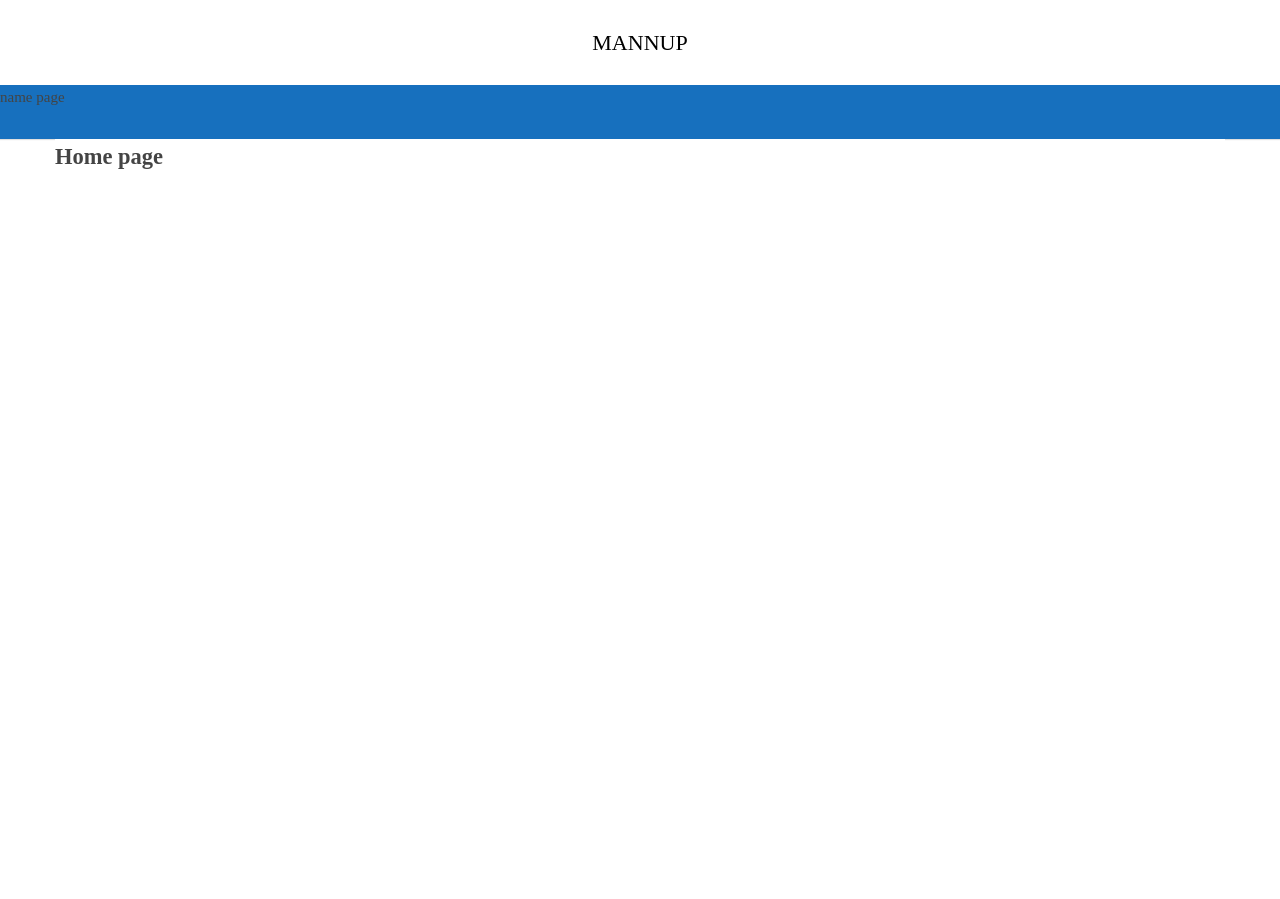
Repository: SyLe-Van/Make-Colorful
Page: /
The author's editor kept a copy of each file at every save. The page is drawn from the files as they stood at one save, then again after the next save.
The browser window is 1280 px wide. The pictures show the whole page.
Some web fonts or font styles are not loaded; a fallback is used. The project was rebuilt for these pictures with package versions that can differ from the ones it lists, and the page was loaded fresh each time. Also part of the build but not shown: src/pages/cinema/index.js, src/pages/fashion/index.js, src/pages/grooming/index.js, src/pages/lifestyle/index.js, src/pages/contact/index.js.

Above is the page before, as saved 2023-10-10 22:00:03.

### src/index.js
import React from 'react';
import ReactDOM from 'react-dom/client';
import App from '~/App';
import reportWebVitals from './reportWebVitals';
import GlobalStyles from '~/components/GlobalStyles';
const root = ReactDOM.createRoot(document.getElementById('root'));
root.render(
    <React.StrictMode>
        <GlobalStyles>
            <App />
        </GlobalStyles>
    </React.StrictMode>,
);

// If you want to start measuring performance in your app, pass a function
// to log results (for example: reportWebVitals(console.log))
// or send to an analytics endpoint. Learn more: https://bit.ly/CRA-vitals
reportWebVitals();

### src/App.js
import { BrowserRouter as Router, Routes, Route } from 'react-router-dom';
import Home from '~/pages/home';
import Cinema from '~/pages/cinema';
import Fashion from '~/pages/fashion';
import Grooming from '~/pages/grooming';
import LifeStyle from '~/pages/lifestyle';
import { publicRoutes } from './routes';
import { Component } from 'react';
import { DefaultLayout } from '~/components/Layout';
import { Fragment } from 'react';
function App() {
    return (
        <Router>
            <div className="App">
                <Routes>
                    {publicRoutes.map((route, index) => {
                        const Layout = route.layout === null ? Fragment : DefaultLayout;
                        const Page = route.component;
                        return (
                            <Route
                                key={index}
                                path={route.path}
                                element={
                                    <Layout>
                                        <Page />
                                    </Layout>
                                }
                            />
                        );
                    })}
                </Routes>
            </div>
        </Router>
    );
}

export default App;

### src/routes/index.js
import Home from '~/pages/home';
import Cinema from '~/pages/cinema';
import Fashion from '~/pages/fashion';
import Grooming from '~/pages/grooming';
import LifeStyle from '~/pages/lifestyle';
import Contact from '~/pages/contact';
// dont need login to view
const publicRoutes = [
    { path: '/', component: Home },
    { path: '/cinema', component: Cinema },
    { path: '/fashion', component: Fashion },
    { path: '/grooming', component: Grooming },
    { path: '/lifestyle', component: LifeStyle },
    { path: '/contact', component: Contact, layout: null },
];

const privateRoutes = [];

export { publicRoutes, privateRoutes };

### src/components/GlobalStyles/GlobalStyles.scss
@import 'normalize.css';
@import url('https:; //fonts.googleapis.com/css2?family=Lato:ital,wght@0,400;0,700;1,400;1,700&family=Montserrat:ital,wght@0,400;0,700;1,400;1,700&family=Playfair+Display&family=Poppins:wght@300;400;600;700&display=swap');

:root {
    --primary: #f6f6f6;
}

* {
    box-sizing: border-box;
    margin: 0;
    padding: 0;
}
html {
    font-size: 40px;
}
body {
    font-family: 'Playfair Display', serif;
    line-height: 1.6;
    color: #444;
    font-size: 15px;
    text-rendering: optimizeSpeed;
}

### src/components/Layout/DefaultLayout/index.js
import Header from './Header';
import classNames from 'classnames/bind';
import styles from './DefaultLayout.module.scss';
import Sidebar from './Sidebar';

const cx = classNames.bind(styles);
function DefaultLayout({ children }) {
    return (
        <div className={cx('wrapper')}>
            <Header />
            <Sidebar />
            <div className={cx('container')}>
                <div className={cx('contain')}>{children}</div>
            </div>
        </div>
    );
}

export default DefaultLayout;

### src/components/Layout/DefaultLayout/Header/index.js
import styles from './Header.module.scss';
import classNames from 'classnames/bind';

const cx = classNames.bind(styles);

function Header() {
    return (
        <header className={cx('wrapper')}>
            <div className={cx('inner')}>MANNUP</div>
        </header>
    );
}

export default Header;

### src/components/Layout/DefaultLayout/DefaultLayout.module.scss
.wrapper {
    display: flex;
    flex-direction: column;
    align-items: center;
}
.container {
    width: 1170px;
    height: 760px;
    background-color: #ffffff;
}

### src/components/Layout/DefaultLayout/Sidebar/index.js
import styles from './Sidebar.module.scss';
import classNames from 'classnames/bind';

const cx = classNames.bind(styles);

function Sidebar() {
    return (
        <aside className={cx('wrapper')}>
            <div className={cx('content')}>name page</div>
        </aside>
    );
}

export default Sidebar;

### src/components/Layout/DefaultLayout/Header/Header.module.scss
.wrapper {
    height: 85px;
    width: 100%;
    box-shadow: 0px 1px 1px rgb(0 0 0 / 12%);
}
.inner {
    color: #000000;
    font-size: 22px;
    display: flex;
    justify-content: center;
    padding-top: 25px;
}

### src/components/Layout/DefaultLayout/Sidebar/Sidebar.module.scss
.wrapper {
    height: 54px;
    width: 100%;
    box-shadow: 0px 1px 1px rgb(0 0 0 / 12%);
    display: flex;
    justify-content: center;
    background-color: #1e1e1e;
}

.container {
    width: 1170px;
    display: flex;
    background-color: #ffffff;
}

.content {
    flex: 1;
    background-color: rgb(23, 112, 190);
}

Loaded but not shown: public/index.html (common file); src/reportWebVitals.js (common file); src/components/GlobalStyles/index.js (common file); src/pages/home/index.js (common file); src/components/Layout/index.js (common file)

After the next save:
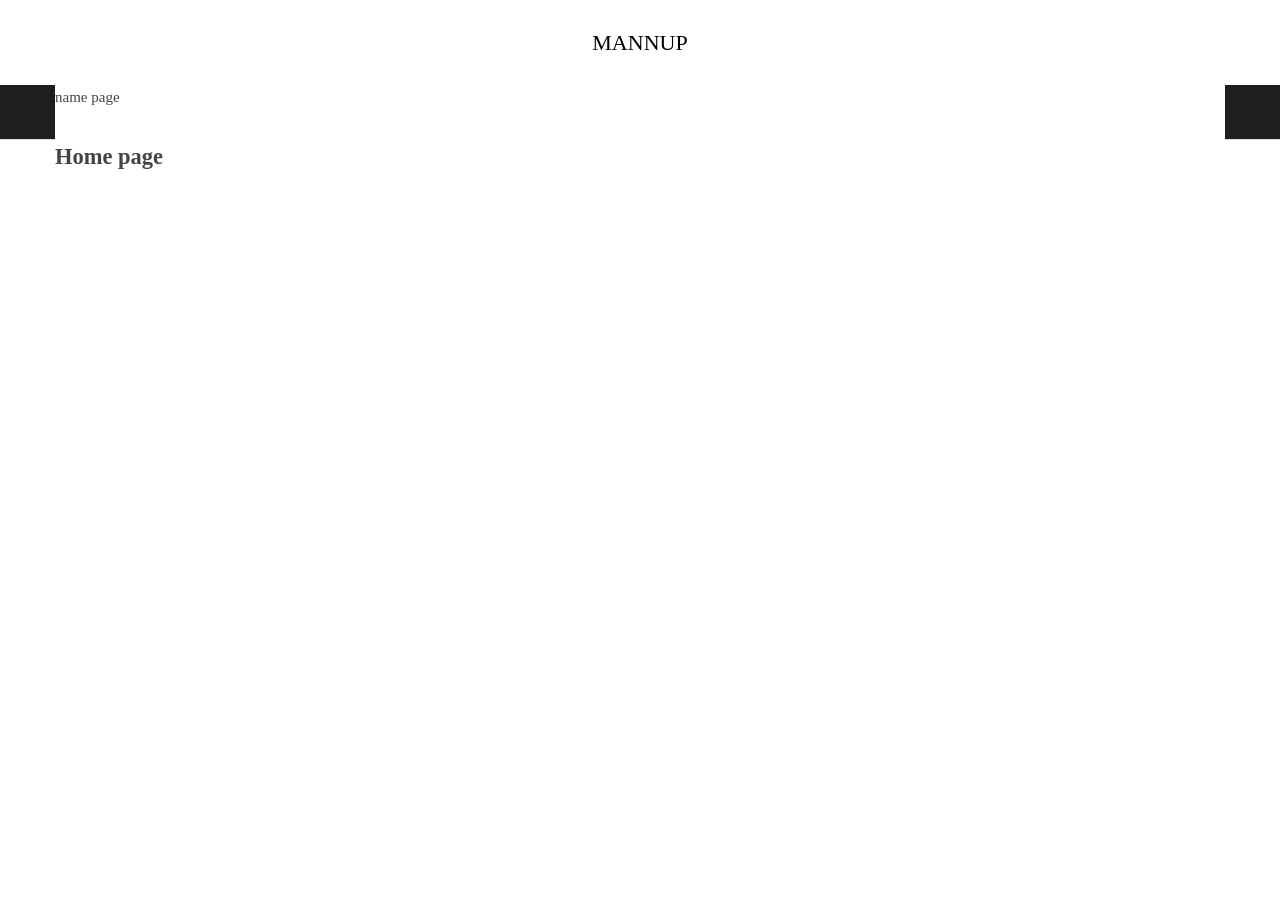
Saved 2 s later.
--- a/src/components/Layout/DefaultLayout/Sidebar/Sidebar.module.scss
+++ b/src/components/Layout/DefaultLayout/Sidebar/Sidebar.module.scss
@@ -7,13 +7,8 @@
     background-color: #1e1e1e;
 }
 
-.container {
+.content {
     width: 1170px;
     display: flex;
     background-color: #ffffff;
 }
-
-.content {
-    flex: 1;
-    background-color: rgb(23, 112, 190);
-}
